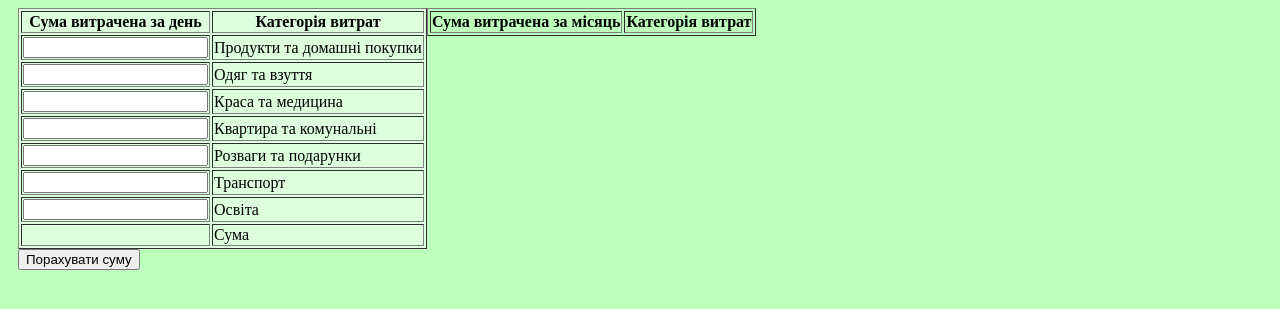
Repository: alexandrastarovoyda-star/Planer2
Page: index.html
These files come from the project's save history. The page is drawn as it stood at one moment and after the next save; the edit follows.
The browser window is 1280 px wide. The pictures show the whole page.

Above is the page before, as saved 2026-03-25 21:59:38.

### index.html
<!DOCTYPE html>
<html lang="uk">
    <head>
            <meta charset="UTF-8">
            <title>Планер бюджету</title>
            <link rel="stylesheet" href="css/all.css">
            <link rel="stylesheet" href="css/index.css">
    </head>
    <body>
        <div class="table_ghorisontal">
            <div>
            <table border="1" class="table_calculator" id="day_spend_table">
                <tr>
                    <th>Сума витрачена за день</th>
                    <th>Категорія витрат</th>
                </tr>
            </table>
            <button id="Calculate_sum">Порахувати суму</button>
            </div>
            <div>
            <table border="1" class="table_calculator" id="month_spend_table">
                <tr>
                    <th>Сума витрачена за місяць</th>
                    <th>Категорія витрат</th>
                </tr>
            </table>
            </div>
        </div>
    <script src="js/index.js"></script>
    </body>
</html>

### css/all.css
body{
    background: rgba(172, 255, 172, 0.781);
}

### css/index.css
#day_spend_table{
    background: rgba(255, 255, 255, 0.466);
}

.table_ghorisontal{
    display: flex;
    margin-right: 10px;
    margin-left: 10px;
}

### js/index.js
const list1 = ['Продукти та домашні покупки', 'Одяг та взуття', 'Краса та медицина', 'Квартира та комунальні', 'Розваги та подарунки', 'Транспорт', 'Освіта'];

list1.forEach(Myfunction);
LoadData();

function Myfunction(value, id){
    const tr = document.createElement('tr');
    const td1 = document.createElement('td');
    const td2 = document.createElement('td');
    const input = document.createElement('input');
    input.type = 'number';
    input.id = `input_${id}`;
    input.addEventListener('input', SaveData);
    td2.textContent = value;
    td1.appendChild(input);
    tr.appendChild(td1);
    tr.appendChild(td2);
    document.getElementById('day_spend_table').appendChild(tr);
};

const tr = document.createElement('tr');
const td1 = document.createElement('td');
const td2 = document.createElement('td');
td1.id = `sum1`;
td2.textContent = 'Сума';
tr.appendChild(td1);
tr.appendChild(td2);
document.getElementById('day_spend_table').appendChild(tr);

function CalculeteSum(){
    let sum = 0;
    const inputs = document.querySelectorAll('#day_spend_table input');

    inputs.forEach(function(input){
        const value = Number(input.value);
        if(!isNaN(value)){
            sum += value;
        };
    });
    document.getElementById('sum1').textContent = sum;
};

document.getElementById('Calculate_sum').onclick = CalculeteSum;

function SaveData(){
    const inputs = document.querySelectorAll('#day_spend_table input');
    inputs.forEach(function (input){
        localStorage.setItem(input.id, input.value);
    });
};

function LoadData (){
    const inputs = document.querySelectorAll('#day_spend_table input');
    inputs.forEach(function(input){
        const saved = localStorage.getItem(input.id);
        if(saved !== null)
            input.value = saved;
    });
};

After the next save:
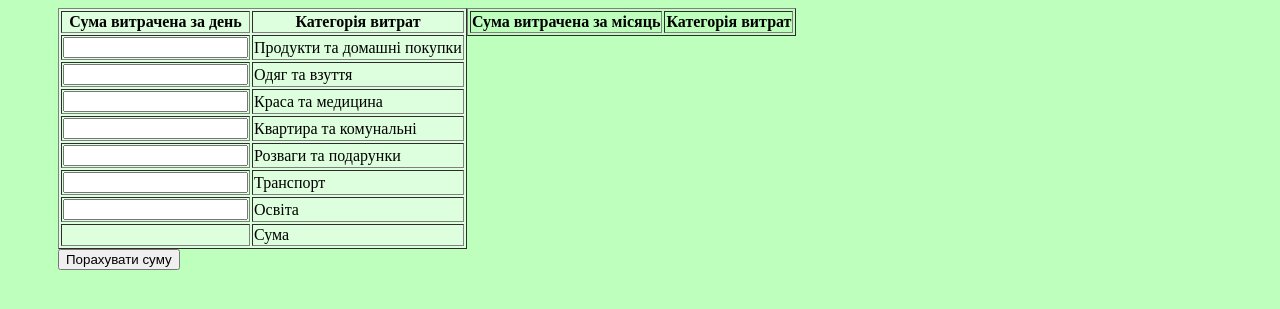
Saved 19 s later.
--- a/css/index.css
+++ b/css/index.css
@@ -4,6 +4,6 @@
 
 .table_ghorisontal{
     display: flex;
-    margin-right: 10px;
-    margin-left: 10px;
+    margin-right: 50px;
+    margin-left: 50px;
 }
